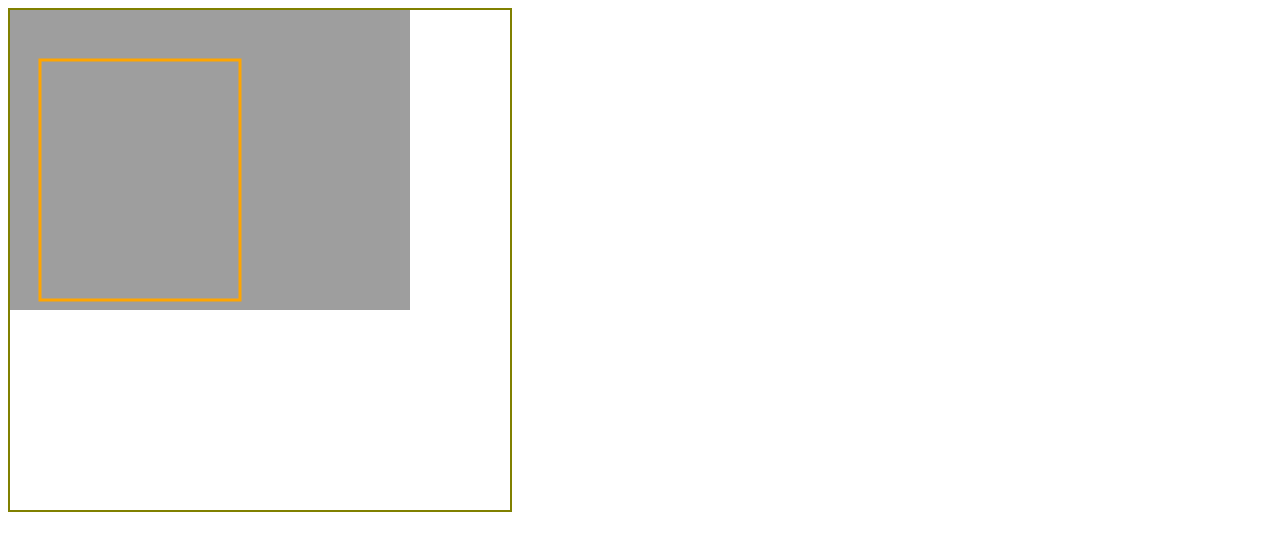
Repository: Backcoder-June/AI_Platform
Page: naverai/src/main/resources/static/cameratest.html
An editor plug-in stored every save of this project. The page is shown before and after the next save, followed by the edit.
The browser window is 1280 px wide. The pictures show the whole page.

Above is the page before, as saved 2022-09-02 07:14:13.

After the next save:
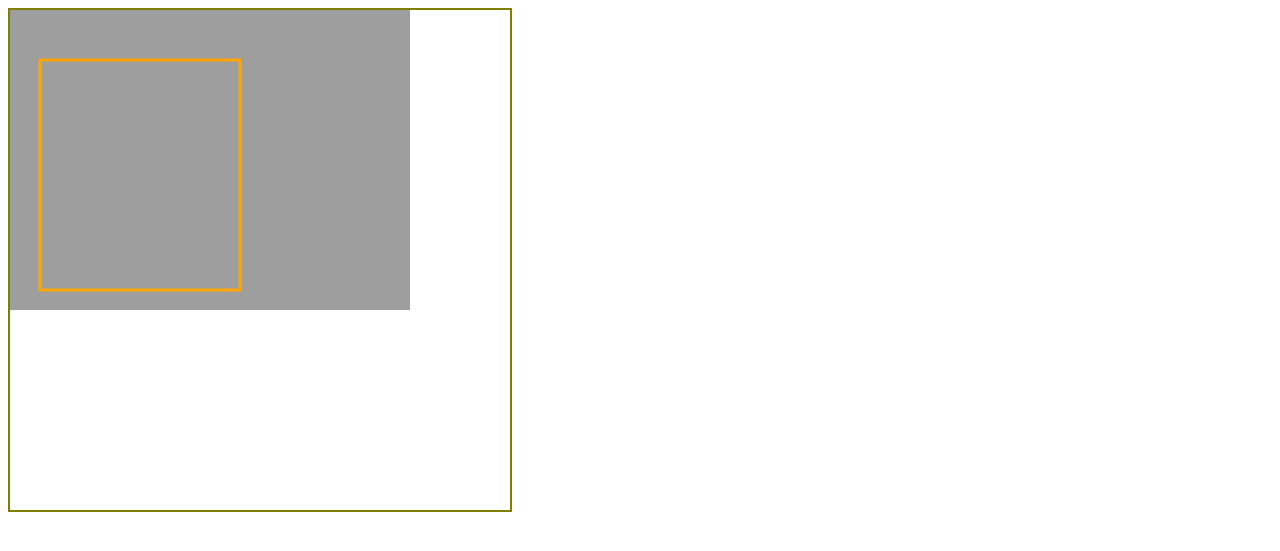
Saved 11 s later.
--- a/naverai/src/main/resources/static/cameratest.html
+++ b/naverai/src/main/resources/static/cameratest.html
@@ -16,7 +16,7 @@ $(document).ready(function(){
 		pencil.drawImage(myimage,0,0,myimage.width, myimage.height); /* 사진 불러오기 */
 		pencil.lineWidth = 3;
 		pencil.strokeStyle = "orange";
-		pencil.strokeRect(30,50,200,240);
+		pencil.strokeRect(30,50,200,230);
 	}
 
 
